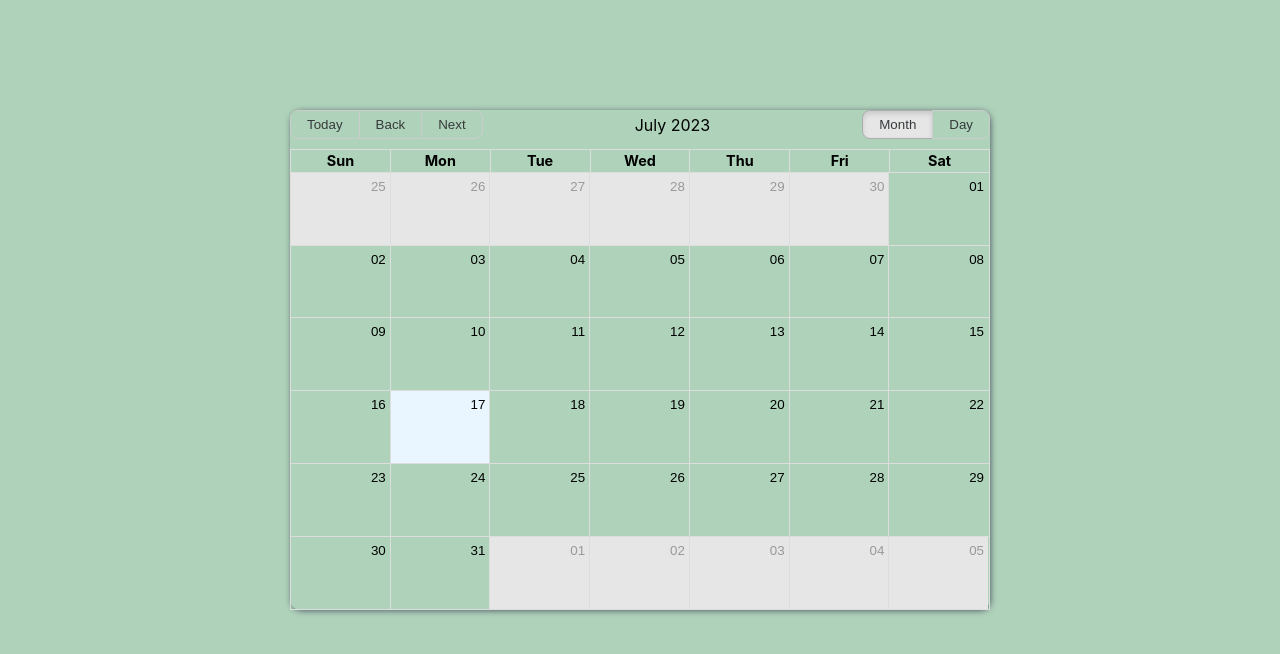
Repository: TetianaMishatkina/Calories-diary
Page: /
The author's editor kept a copy of each file at every save. The page is drawn from the files as they stood at one save, then again after a run of saves.
The browser window is 1280 px wide. The pictures show the whole page.
The project was rebuilt for these pictures with package versions that can differ from the ones it lists, and the page was loaded fresh each time. Also part of the build but not shown: vite.config.js, src/components/informationForm/styled.js, src/components/informationForm/index.jsx.

Above is the page before, as saved 2023-07-18 17:00:54.

After the next 2 saves:
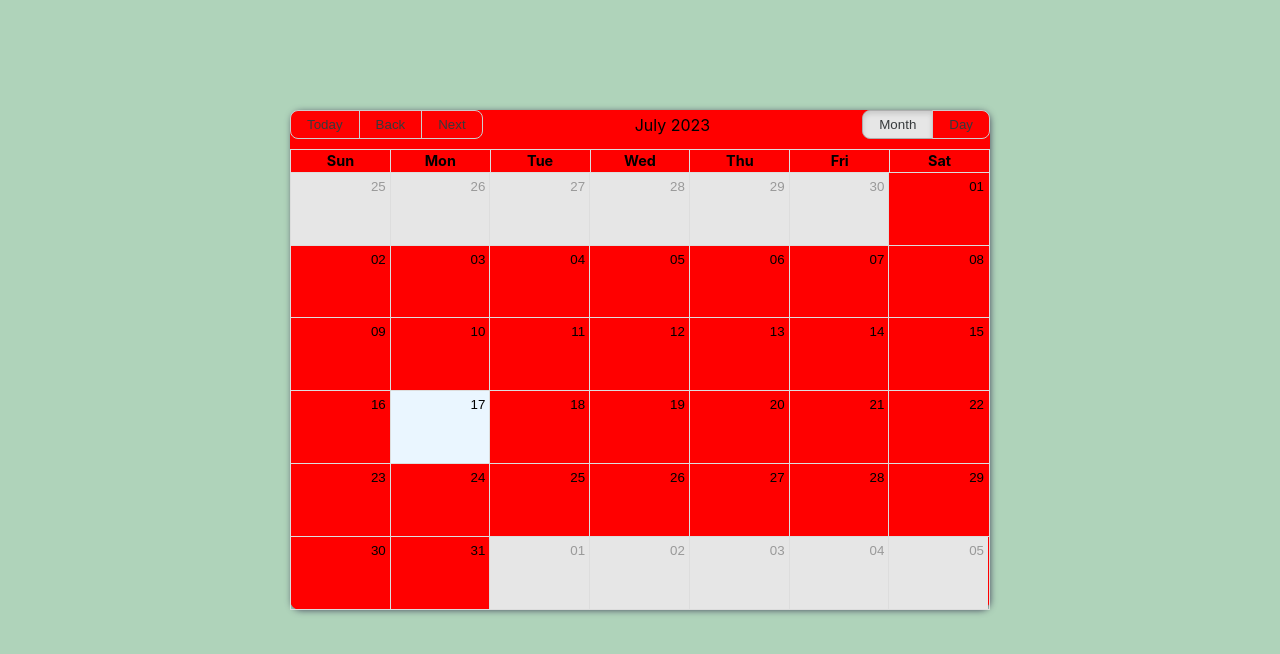
The 2 saves are shown as one change because they came seconds apart.
The last was saved 84 s later.
--- a/src/components/calendar/styled.js
+++ b/src/components/calendar/styled.js
@@ -6,6 +6,7 @@ export const StyledCalendar = styled(Calendar)`
 cursor: pointer;
 box-shadow: 1px 1px 7px -1px rgba(66, 68, 90, 1);
 border-radius: 10px;
+background: red;
 & button{
     border-radius: 8px;
 }
